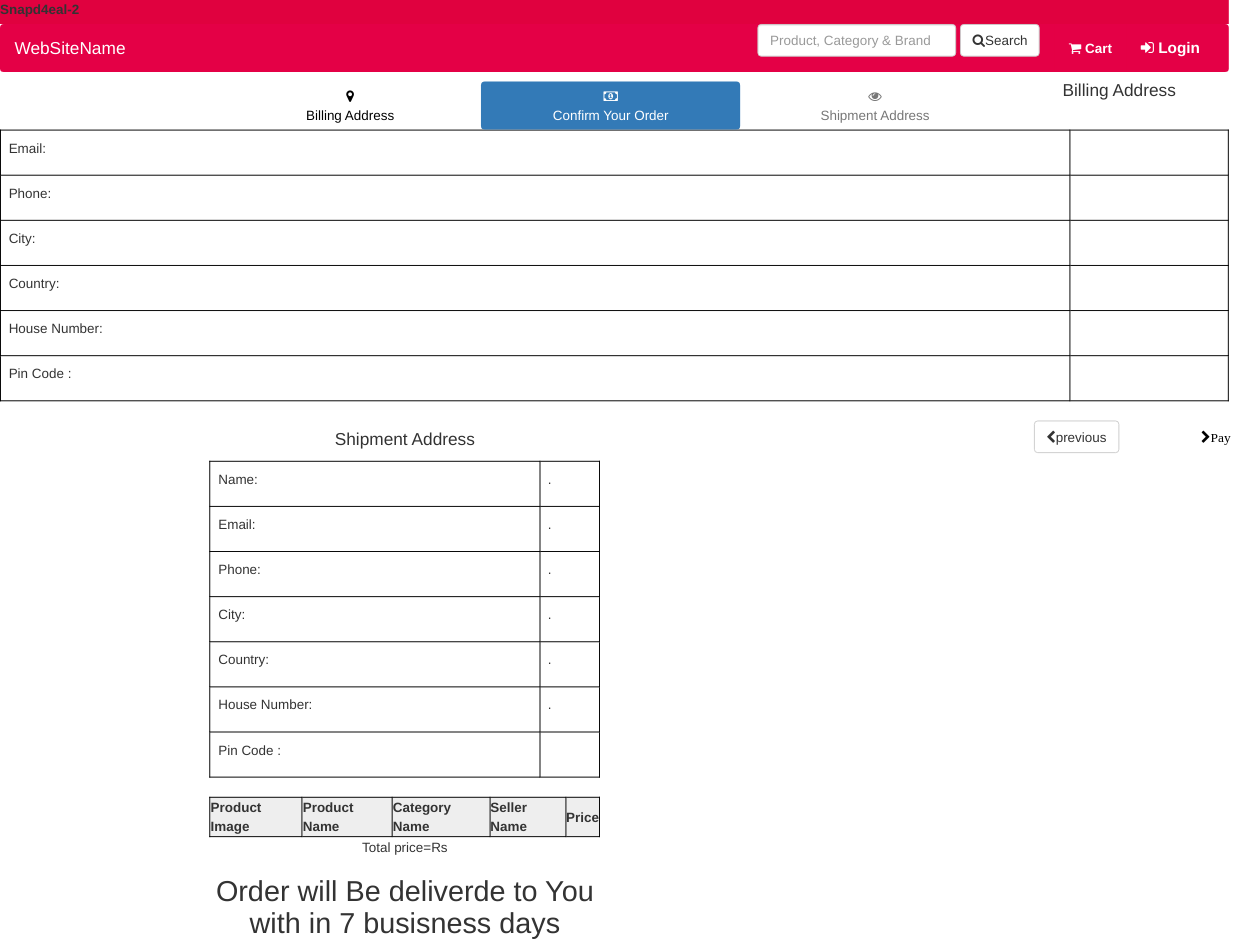
Repository: Aryans26/project
Page: http://localhost/frontend/WEB-INF/views/orderconfirm.jsp
These files come from the project's save history. The page is drawn as it stood at one moment and after the next save; the edit follows.
The browser window is 1280 px wide. The page is 1295 px wide, so the pictures cover 1295 px, including what lies to the right of the window. The pictures show the whole page, at 96% of full size.
Some web libraries are served in a nearby version. The page is served by Tomcat 9. Nobody is signed in. The template is opened directly, without the code that normally fills it, so the values that code supplies are empty.

Above is the page before, as saved 2017-06-21 07:34:56.

After the next save:
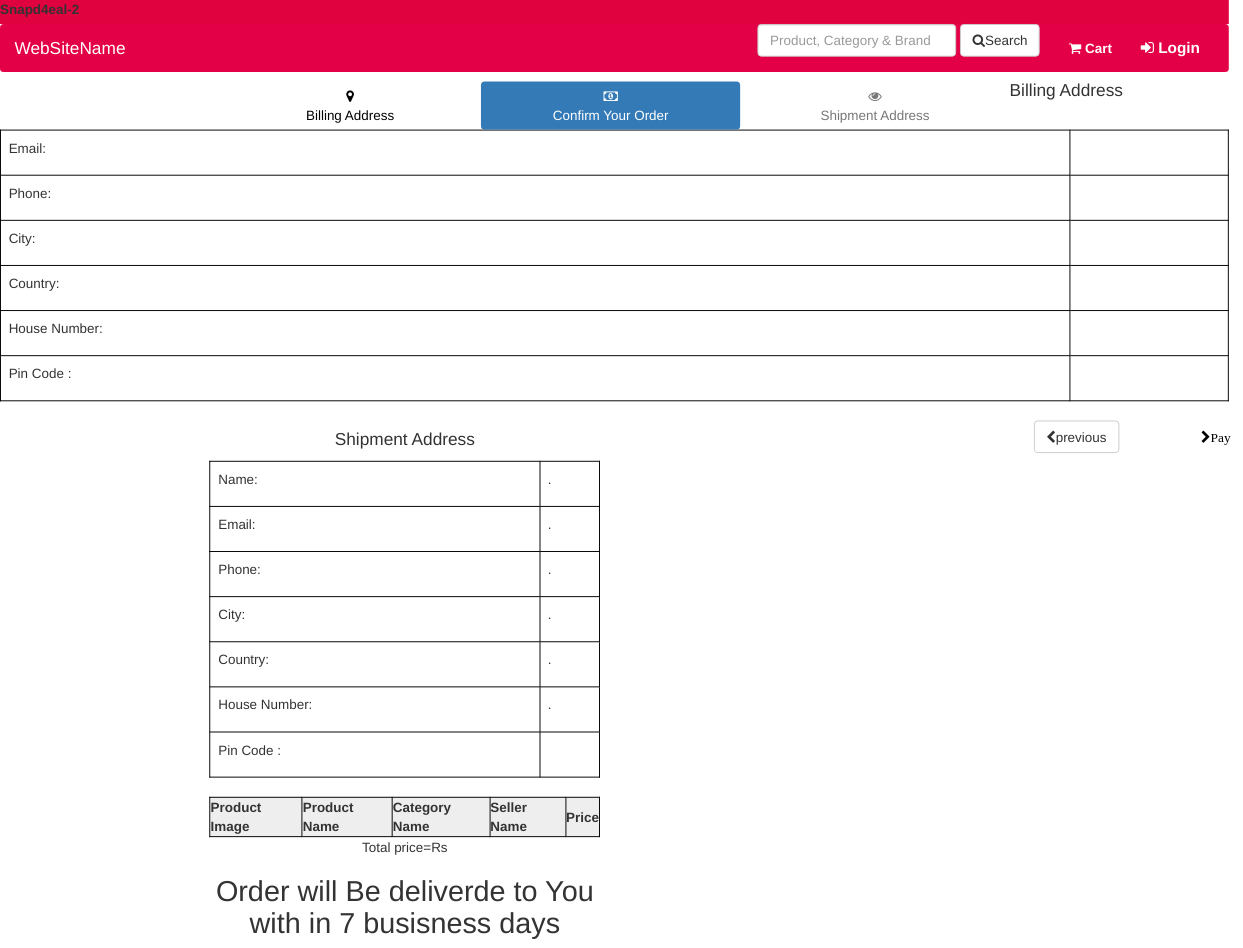
Saved 27 s later.
--- a/frontend/src/main/webapp/WEB-INF/views/orderconfirm.jsp
+++ b/frontend/src/main/webapp/WEB-INF/views/orderconfirm.jsp
@@ -28,7 +28,7 @@
                                 </ul>
 </form>
 </div>
-<center>
+
 <h4>Billing Address</h4>
  <table class="table" style="border: 1px solid black; border-collapse: collapse;">
   <tr style="border: 1px solid black; border-collapse: collapse;"><td style="border: 1px solid black; border-collapse: collapse;">   <p>Email: </p></td>
@@ -45,7 +45,6 @@
             <td style="border: 1px solid black; border-collapse: collapse;"><p>${billing.getPincode()}</p></td></tr>
 
                                                  </table>
-                                                 </center>
 </div>
 
 
